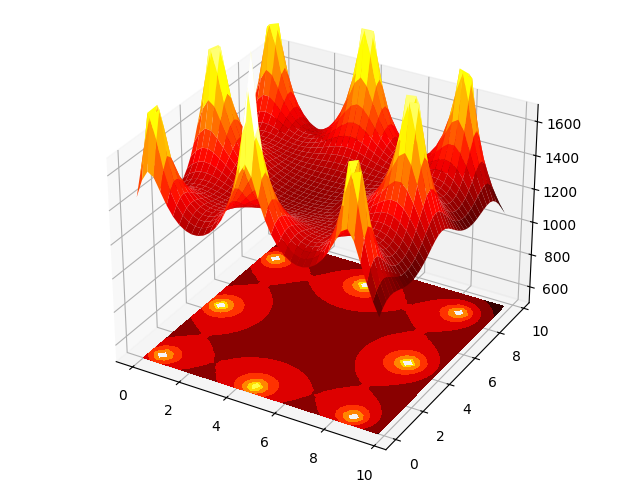
Repository: Jaamunozr/Archivos-python
Script's output: python Archivos Python/Graficas/tierras.py
An editor plug-in stored every save of this project. The script's output is shown before and after the next save, followed by the edit.
Random numbers start from a fixed seed.

Above is the script's output before, as saved 2020-02-19 11:58:32.

After the next save:
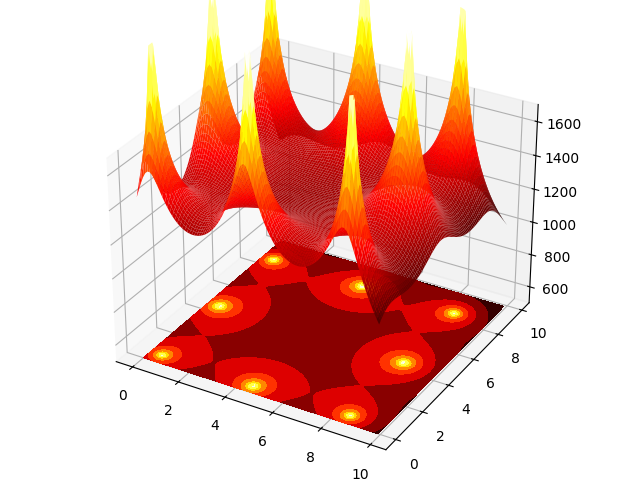
Saved 58 s later.
--- a/Archivos Python/Graficas/tierras.py
+++ b/Archivos Python/Graficas/tierras.py
@@ -9,8 +9,8 @@ axx = Axes3D(fig)
 raiz=np.sqrt
 ln=np.log
 
-X = np.arange(0, 10, 0.25)
-Y = np.arange(0, 10, 0.25)
+X = np.arange(0, 10, 0.1)
+Y = np.arange(0, 10, 0.1)
 X, Y = np.meshgrid(X, Y)
 
 ax, ay = 0.5, 0.5
